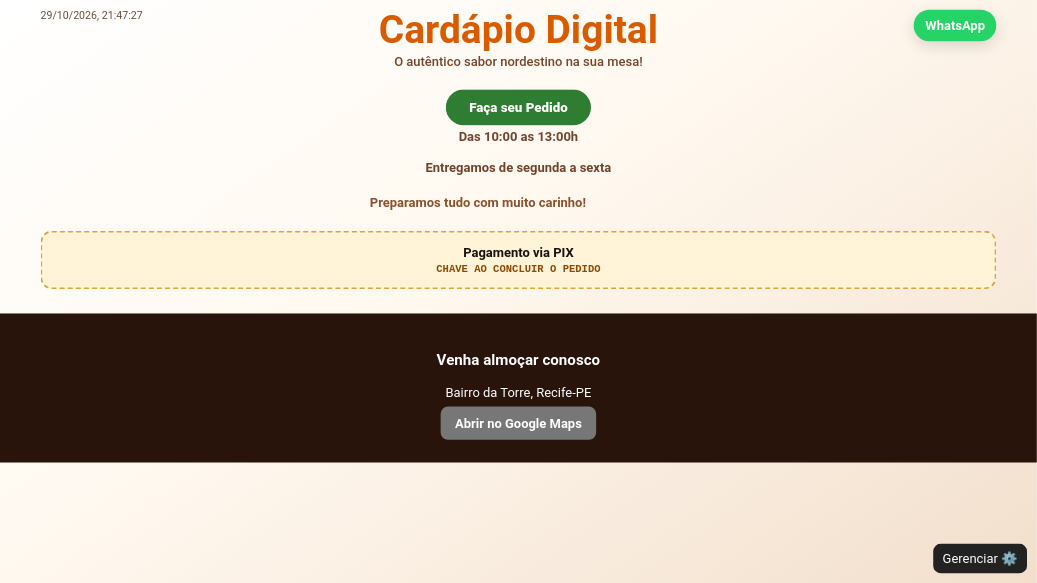
Repository: JeffRodFer/sd-copy-01-frontend
Page: index.html
The author's editor kept a copy of each file at every save. The page is drawn from the files as they stood at one save, then again after a run of saves.
The browser window is 1280 px wide. The pictures show the whole page, at 81% of full size.
The page's requests for data from a server got no answer.

Above is the page before, as saved 2026-10-31 11:38:06.

After the next 2 saves:
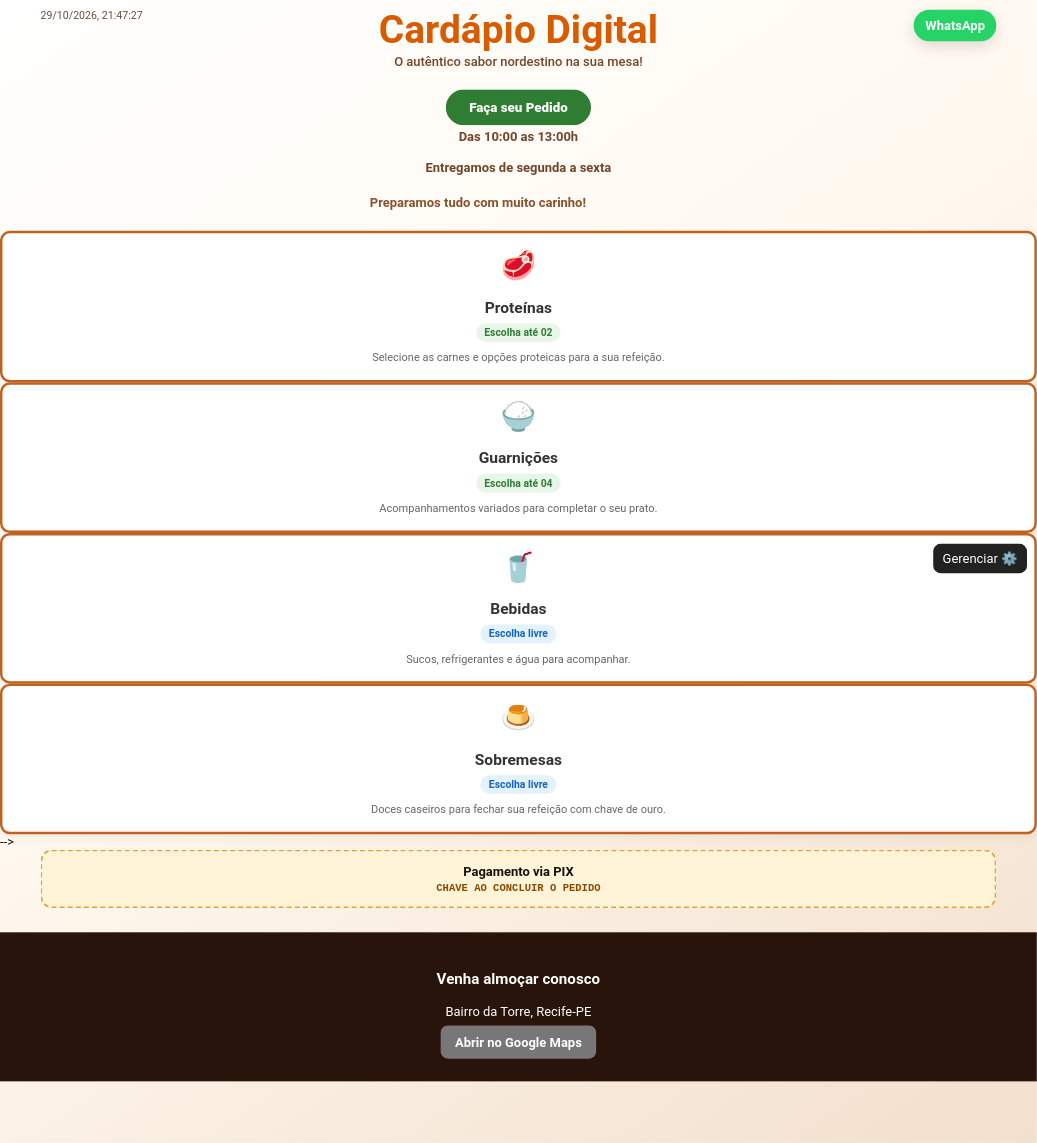
The 2 saves are shown as one change because they came seconds apart.
The last was saved 7 s later.
--- a/index.html
+++ b/index.html
@@ -58,7 +58,44 @@
     Preparamos tudo com muito carinho!
   </div>
 
-  <!-- CARDS INFORMATIVOS
+  <!-- CARDS INFORMATIVOS <section class="menu-categories-section">
+  <h2>Monte sua Marmita</h2>
+  <p class="subtitle">Escolha as opções e monte do seu jeito:</p>
+
+  <div class="categories-grid">
+    <!-- Card Proteínas -->
+    <div class="category-card">
+      <div class="category-icon">🥩</div>
+      <h3>Proteínas</h3>
+      <span class="badge-limit">Escolha até 02</span>
+      <p>Selecione as carnes e opções proteicas para a sua refeição.</p>
+    </div>
+
+    <!-- Card Guarnições -->
+    <div class="category-card">
+      <div class="category-icon">🍚</div>
+      <h3>Guarnições</h3>
+      <span class="badge-limit">Escolha até 04</span>
+      <p>Acompanhamentos variados para completar o seu prato.</p>
+    </div>
+
+    <!-- Card Bebidas -->
+    <div class="category-card">
+      <div class="category-icon">🥤</div>
+      <h3>Bebidas</h3>
+      <span class="badge-limit livre">Escolha livre</span>
+      <p>Sucos, refrigerantes e água para acompanhar.</p>
+    </div>
+
+    <!-- Card Sobremesas -->
+    <div class="category-card">
+      <div class="category-icon">🍮</div>
+      <h3>Sobremesas</h3>
+      <span class="badge-limit livre">Escolha livre</span>
+      <p>Doces caseiros para fechar sua refeição com chave de ouro.</p>
+    </div>
+  </div>
+</section>
 
 
 

After the save that followed:
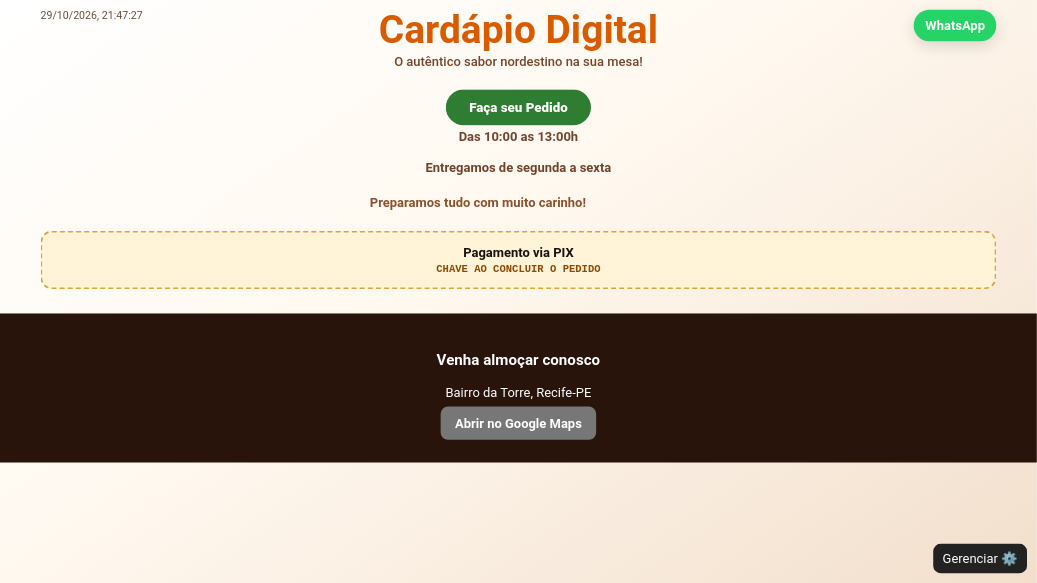
Saved 9 s later.
--- a/index.html
+++ b/index.html
@@ -58,44 +58,7 @@
     Preparamos tudo com muito carinho!
   </div>
 
-  <!-- CARDS INFORMATIVOS <section class="menu-categories-section">
-  <h2>Monte sua Marmita</h2>
-  <p class="subtitle">Escolha as opções e monte do seu jeito:</p>
-
-  <div class="categories-grid">
-    <!-- Card Proteínas -->
-    <div class="category-card">
-      <div class="category-icon">🥩</div>
-      <h3>Proteínas</h3>
-      <span class="badge-limit">Escolha até 02</span>
-      <p>Selecione as carnes e opções proteicas para a sua refeição.</p>
-    </div>
-
-    <!-- Card Guarnições -->
-    <div class="category-card">
-      <div class="category-icon">🍚</div>
-      <h3>Guarnições</h3>
-      <span class="badge-limit">Escolha até 04</span>
-      <p>Acompanhamentos variados para completar o seu prato.</p>
-    </div>
-
-    <!-- Card Bebidas -->
-    <div class="category-card">
-      <div class="category-icon">🥤</div>
-      <h3>Bebidas</h3>
-      <span class="badge-limit livre">Escolha livre</span>
-      <p>Sucos, refrigerantes e água para acompanhar.</p>
-    </div>
-
-    <!-- Card Sobremesas -->
-    <div class="category-card">
-      <div class="category-icon">🍮</div>
-      <h3>Sobremesas</h3>
-      <span class="badge-limit livre">Escolha livre</span>
-      <p>Doces caseiros para fechar sua refeição com chave de ouro.</p>
-    </div>
-  </div>
-</section>
+  <!-- CARDS INFORMATIVOS
 
 
 
